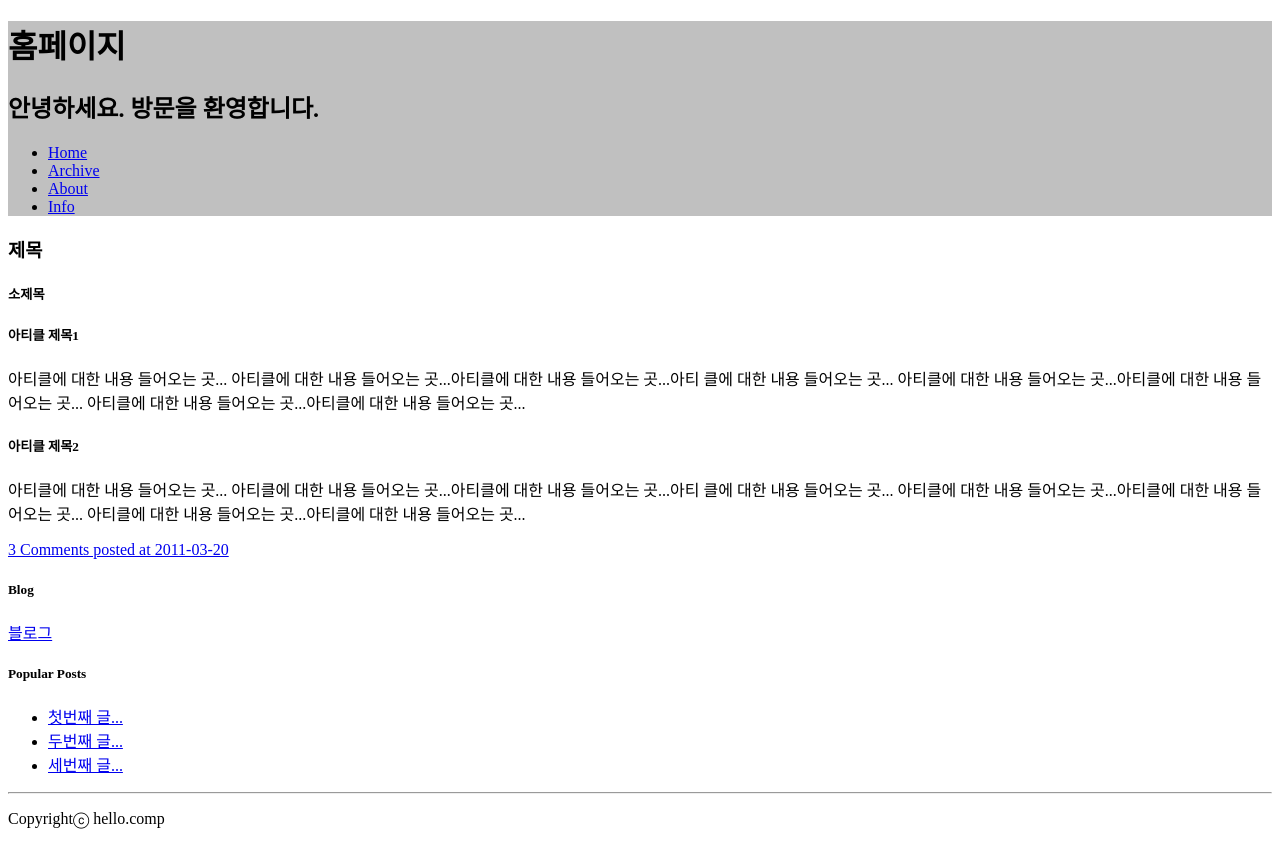
Repository: harin1212/PDA-frontend
Page: 김하린_0728_2/hw2.html
The author's editor kept a copy of each file at every save. The page is drawn from the files as they stood at one save, then again after the next save.
The browser window is 1280 px wide. The pictures show the whole page.

Above is the page before, as saved 2023-07-28 17:07:28.

After the next save:
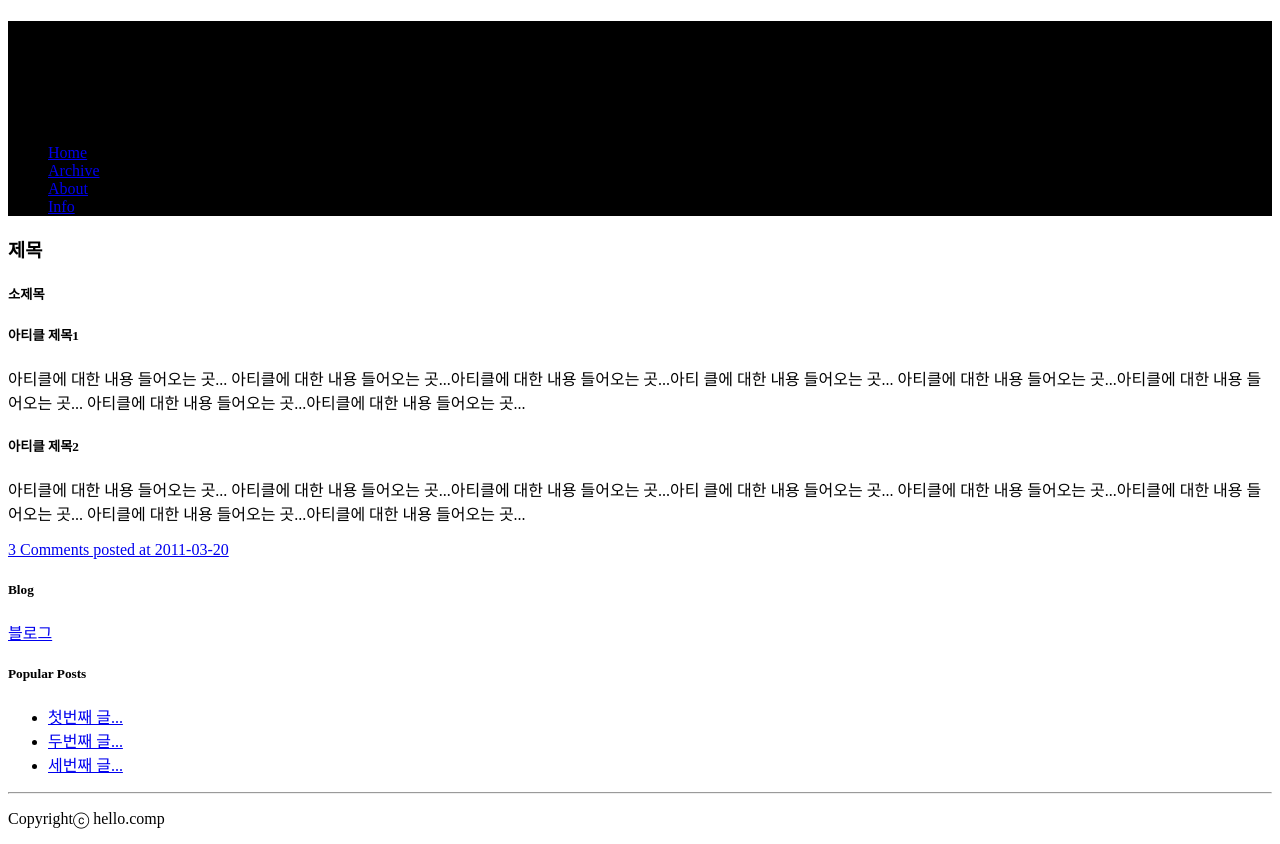
Saved 8 s later.
--- a/김하린_0728_2/style/hw2.css
+++ b/김하린_0728_2/style/hw2.css
@@ -1,5 +1,5 @@
 header{
-    background-color: silver;
+    background-color: rgb(0, 0, 0);
 
     display: block;
 }
